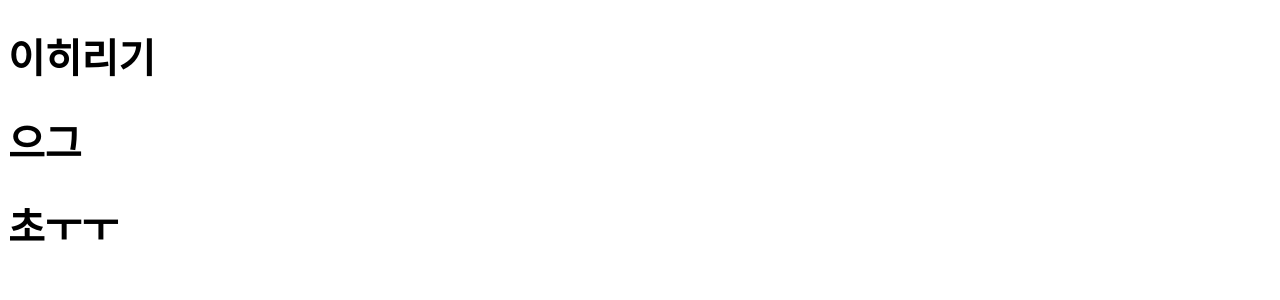
Repository: AgentHyun/FishDalle3
Page: Feb13_1_jQuery/WebContent/4_RepeatStmt.html
An editor plug-in stored every save of this project. The page is shown before and after the next save, followed by the edit.
The browser window is 1280 px wide. The pictures show the whole page.

Above is the page before, as saved 2025-02-13 06:40:03.

### Feb13_1_jQuery/WebContent/4_RepeatStmt.html
<!DOCTYPE html>
<html>
<head>
<meta charset="UTF-8">
<title>Insert title here</title>
<script type = "text/javascript" src = "jQuery.js"></script>
<script type = "text/javascript">
$(function() {
	// javascript
	//  배열 : 대괄호 []
	//  객체 : 중괄호 {}

	let arr = [1, 56, 3, 86, 12];
	let obj = {menu : "초밥", price : 15000};

	// 배열 속에 객체
	// 이 형태로 DB에 있는 데이터를 표현한 것 : JSON

	let arrobj = [{
	 menu : "라면",
	 price : 4000,
	},
	{
		menu : "김밥",
		 price : 3000,


	},

	{
		menu : "돈까스",
		 price : 7000,


	}



	];

	//javaScript의 배열 대상 반복문

	// for(var i = 0;...)    :   인덱스 활용도가 높음
    // for(var key of arrobj) : 인덱스 존재 x, 객체의 순서대로 접근이 용이한 편


    // $.each(배열, 데이터 하나 만날때마다 호출할 콜백함수)
//      - 인덱스도 가지고 있고, 객체에 접근하기에도 용이함
  $.each(arrobj, function(i, lunch){
	alert(i + 1 + " ) " + lunch.menu + " : " + lunch.price);


  });


  // DOM객체 대상 반복문

  //$(선택자).each(DOM객체 하나 만날떄마다 호출할 콜백함수)



//h1 => 순서대로 글자의 크기가 10 / 20 / 30 pt가 되도록
  $("h1").each(function(i){

      $("h1").css("font-size", (i+1) * 10 + "pt");

  	 });

});





</script>

</head>
<body>
 <h1>이히리기</h1>
 <h1>으그</h1>
 <h1>초ㅜㅜ</h1>

</body>
</html>

Loaded but not shown: Feb13_1_jQuery/WebContent/jQuery.js (library)

After the next save:
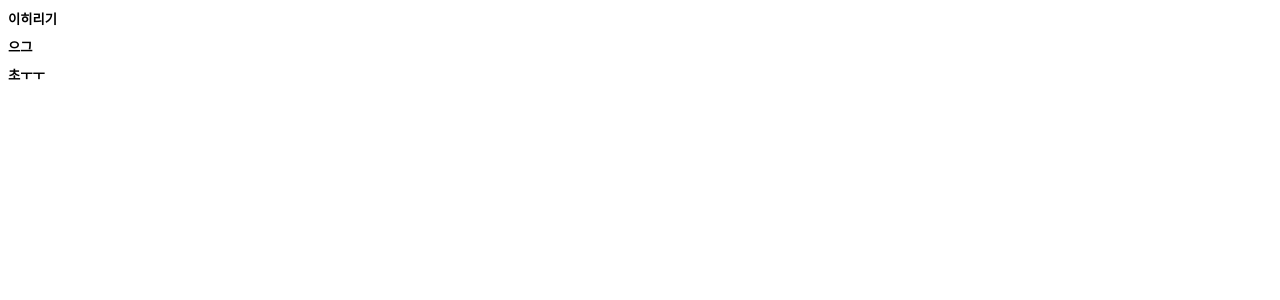
Saved 13 s later.
--- a/Feb13_1_jQuery/WebContent/4_RepeatStmt.html
+++ b/Feb13_1_jQuery/WebContent/4_RepeatStmt.html
@@ -62,7 +62,7 @@
 //h1 => 순서대로 글자의 크기가 10 / 20 / 30 pt가 되도록
   $("h1").each(function(i){
 
-      $("h1").css("font-size", (i+1) * 10 + "pt");
+      $("h1").css("font-size",  10 + "pt");
 
   	 });
 

After the save that followed:
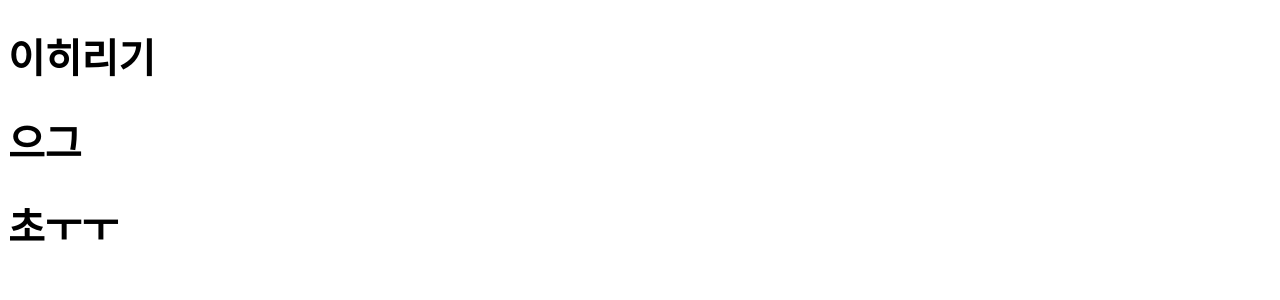
Saved 8 s later.
--- a/Feb13_1_jQuery/WebContent/4_RepeatStmt.html
+++ b/Feb13_1_jQuery/WebContent/4_RepeatStmt.html
@@ -62,7 +62,7 @@
 //h1 => 순서대로 글자의 크기가 10 / 20 / 30 pt가 되도록
   $("h1").each(function(i){
 
-      $("h1").css("font-size",  10 + "pt");
+      $("h1").css("font-size", (i+1) * 10 + "pt");
 
   	 });
 
